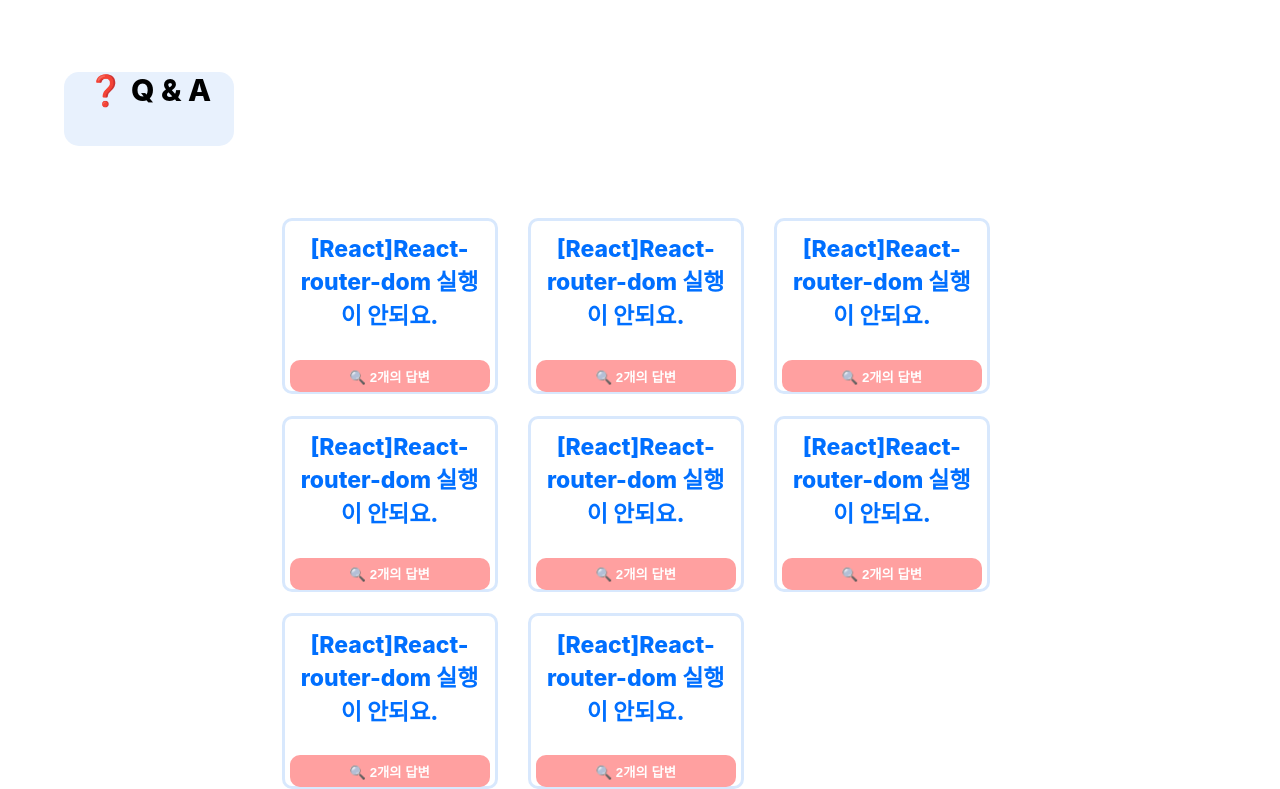
Repository: TeamCosine/Front
Page: /Qna
These files come from the project's save history. The page is drawn as it stood at one moment and after the next save; the edit follows.
The browser window is 1280 px wide. The pictures show the whole page.
The project was rebuilt for these pictures with package versions that can differ from the ones it lists, and the page was loaded fresh each time. Also part of the build but not shown: src/components/home/Card.js, src/pages/Home.js, src/pages/Profile.js, src/pages/Login.js, src/components/MyInfo/Card.js, src/pages/MyInfo.js, src/pages/Write.js, src/pages/Invite.js.

Above is the page before, as saved 2023-07-22 23:14:13.

After the next save:
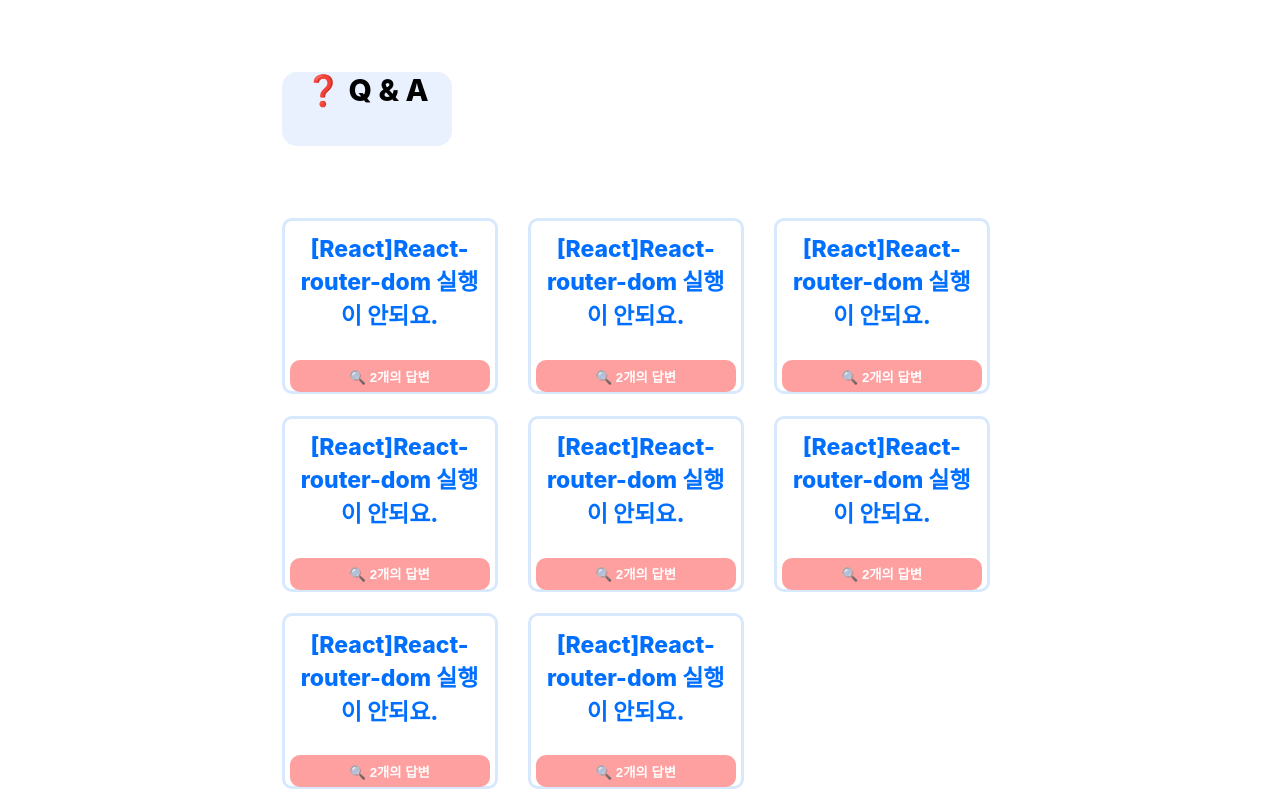
Saved 5 s later.
--- a/src/pages/Qna.js
+++ b/src/pages/Qna.js
@@ -27,7 +27,7 @@
     justify-content: center;
     margin-bottom: 5vh;
     font-size: 30px;
-    margin-left : 5vw
+    margin-left : 22vw;
 
 `;
 
